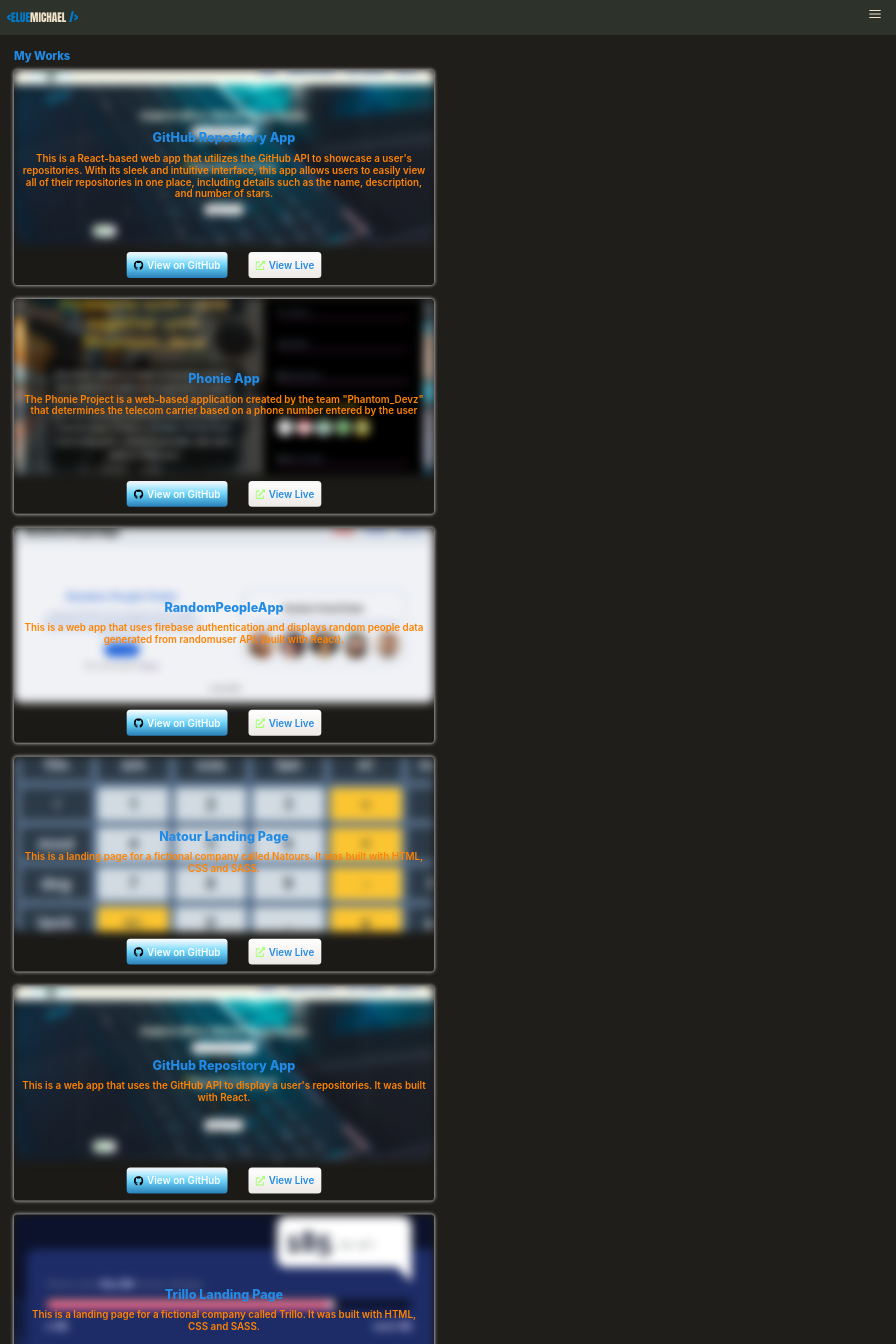
Repository: MikkyPrestige/portfolio
Page: /projects
An editor plug-in stored every save of this project. The page is shown before and after the next save, followed by the edit.
The browser window is 1280 px wide. The pictures show the part of the page from y = 0 to 1920 px (the page is 4351 px tall), at 70% of full size.
The project was rebuilt for these pictures with package versions that can differ from the ones it lists, and the page was loaded fresh each time. Also part of the build but not shown: src/components/avatar.jsx, src/components/home.jsx, src/components/about.jsx, src/components/fallback.jsx.

Above is the page before, as saved 2023-02-21 19:44:43.

### public/index.html
<!DOCTYPE html>
<html lang="en">
  <head>
    <meta charset="utf-8" />
    <link rel="icon" href="%PUBLIC_URL%/favicon.ico" />
    <meta name="viewport" content="width=device-width, initial-scale=1" />
    <meta name="theme-color" content="#000000" />
    <meta
      name="description"
      content="Web site created using create-react-app"
    />
    <link rel="apple-touch-icon" href="%PUBLIC_URL%/logo192.png" />
    <!--
      manifest.json provides metadata used when your web app is installed on a
      user's mobile device or desktop. See https://developers.google.com/web/fundamentals/web-app-manifest/
    -->
    <link rel="manifest" href="%PUBLIC_URL%/manifest.json" />
    <!--
      Notice the use of %PUBLIC_URL% in the tags above.
      It will be replaced with the URL of the `public` folder during the build.
      Only files inside the `public` folder can be referenced from the HTML.

      Unlike "/favicon.ico" or "favicon.ico", "%PUBLIC_URL%/favicon.ico" will
      work correctly both with client-side routing and a non-root public URL.
      Learn how to configure a non-root public URL by running `npm run build`.
    -->
    <title>Elue Michael Portfolio</title>
  </head>
  <body>
    <noscript>You need to enable JavaScript to run this app.</noscript>
    <div id="root"></div>
    <!--
      This HTML file is a template.
      If you open it directly in the browser, you will see an empty page.

      You can add webfonts, meta tags, or analytics to this file.
      The build step will place the bundled scripts into the <body> tag.

      To begin the development, run `npm start` or `yarn start`.
      To create a production bundle, use `npm run build` or `yarn build`.
    -->
  </body>
</html>

### src/assets/styles/sass/main.scss
@import 'abstracts/variables';
@import 'base/utilities';
@import 'base/base';
@import 'layouts/header';
@import 'pages/home';
@import 'pages/about';
@import 'pages/projects';
@import 'base/animation';

// @media (prefers-reduced-motion: no-preference) {
//   .App-logo {
//     animation: App-logo-spin infinite 20s linear;
//   }
// }

// @keyframes App-logo-spin {
//   from {
//     transform: rotate(0deg);
//   }
//   to {
//     transform: rotate(360deg);
//   }
// }

### src/components/layout.jsx
import React from "react";
import { MdClose } from "react-icons/md";
import { FiMenu } from "react-icons/fi";
import { useState } from "react";
import { NavLink } from "react-router-dom";

const Layout = () => {
  return (
    <div>
      <LayoutSmall />
      <LayoutLarge />
    </div>
  );
};

const CustomNavLink = ({ to, ...props }) => {
  let activeStyle = {
    color: "var(--color--green)",
    textDecoration: "underline",
  };

  return (
    <NavLink
      to={to}
      style={({ isActive }) =>
        isActive ? activeStyle : { textDecoration: "none" }
      }
      {...props}
    />
  );
};

const LayoutSmall = () => {
  const [showMenu, setShowMenu] = useState(false);

  const toggleMenu = () => {
    setShowMenu(!showMenu);
  };

  const closeMenu = () => {
    setShowMenu(false);
  };

  return (
    <div className="layout layout--small">
      <header className="layout--header">
        <div className="layout--header__title">
          <h1 className="layout--header__title__content">
            <span className="layout--header__title__content__span">{"<"}</span>
            <span className="layout--header__title__content__span--2">
              ELUE
            </span>
            MICHAEL{" "}
            <span className="layout--header__title__content__span">{"/>"}</span>
          </h1>
        </div>
        <nav className="layout--menu">
          <button className="layout--menu__button" onClick={toggleMenu}>
            {showMenu ? <MdClose /> : <FiMenu />}
          </button>
          <div className={`layout--menu__content ${showMenu ? "show" : ""}`}>
            <ul className="layout--menu__content__list">
              <li>
                <CustomNavLink
                  to="/"
                  onClick={closeMenu}
                  className="layout--menu__content__list__item"
                >
                  <span>#</span>Home
                </CustomNavLink>
              </li>
              <li>
                <CustomNavLink
                  to="/about"
                  onClick={closeMenu}
                  className="layout--menu__content__list__item"
                >
                  <span>#</span>About me
                </CustomNavLink>
              </li>
              <li>
                <CustomNavLink
                  to="/projects"
                  onClick={closeMenu}
                  className="layout--menu__content__list__item"
                >
                  <span>#</span>Projects
                </CustomNavLink>
              </li>
              <li>
                <CustomNavLink
                  to="/contact"
                  onClick={closeMenu}
                  className="layout--menu__content__list__item"
                >
                  <span>#</span>Contact
                </CustomNavLink>
              </li>
            </ul>
          </div>
        </nav>
      </header>
    </div>
  );
};

const LayoutLarge = () => {
  return (
    <div className="layout layout--large">
      <header className="layout--header">
        <div className="layout--title">
          <h1 className="layout--title__content">
            <span className="layout--title__content__span">{"<"}</span>
            <span className="layout--header__title__content__span--2">
              ELUE
            </span>
            MICHAEL<span className="layout--title__content__span">{"/>"}</span>
          </h1>
        </div>
        <div className="layout--menu">
          <ul className="layout--menu__list">
            <li className="layout--menu__list__item">
              <CustomNavLink to="/">Home</CustomNavLink>
            </li>
            <li className="layout--menu__list__item">
              <CustomNavLink to="/about">About me</CustomNavLink>
            </li>
            <li className="layout--menu__list__item">
              <CustomNavLink to="/projects">Projects</CustomNavLink>
            </li>
            <li className="layout--menu__list__item">
              <CustomNavLink to="/contact">Contact</CustomNavLink>
            </li>
          </ul>
        </div>
      </header>
    </div>
  );
};

export { Layout, LayoutSmall, LayoutLarge };

### src/assets/styles/sass/abstracts/_variables.scss
:root {
  --color-primary: #cc4600;
  --color-secondary: #bb45cb;
  --color-tertiary: #eefff8;

  // MARK UP
  --color--markup: #FF8303;
  // TEXT
  --color--text: #F0E3CA;

  // BACKGROUND
  --color--bg: #2D322A;
  --color--bg-light: #242320;
  --color--bg-dark: #1B1A17;
  --color--bg-dark-2: #1F1E1B;
  //DARK
  --color--dark: rgba(22, 22, 22, 1);
  --color--dark-1: rgba(34, 34, 34, 1);
  --color--dark-2: rgba(45, 45, 45, 1);
  --color--dark-3: rgba(51, 51, 51, 1);
  --color--dark-4: rgba(189, 189, 189, 1);
  //WHITE
  --color--white: rgba(255, 255, 255, 1);
  --color--white-1: rgba(240, 227, 202, 1);
  --color--white-2: #ece9e6;
  --color--white-op: rgba(240, 227, 202, 0.76);

  // GRAY
  --color--gray: #ABB2BF;

  --light-blue: rgba(97, 218, 251, 1);
  --light-blue--1: #3bc9db;
  --light-blue--2: #6dd5fa;
  --dark-blue: rgba(0, 122, 204, 1);
  --dark-blue--1: #2980b9;
  --blue-cyan: #228be6;
  --dark-blue-op: rgba(6, 6, 7, 0.82);

  --color--green: rgba(131, 205, 41, 1);

  //Font size
  --font-size: 1rem;
  --font-size--small: 1.2rem;
  --font-size--medium: 1.4rem;
  --font-size--large: 1.6rem;
  --font-size--x-large: 1.8rem;
  --font-size--xx-large: 2rem;
  // ICON FONTS
  --font-size--icon: 3rem;
  --font-size--icon-1: 3.5rem;
  --font-size--icon-2: 4rem;


  //Font family
  --font-family: 'Roboto', sans-serif;
  --font--family--primary: 'Inter', sans-serif;
  --font-family--secondary: 'Inconsolata', monospace;
  --font-family--tertiary: 'Impact', sans-serif;
  --font-family--2: 'Fira Code', monospace;

  // FONT WEIGHT
  --font-weight--light: 300;
  --font-weight--regular: 400;
  --font-weight--medium: 600;
  --font-weight--bold: 800;
  --font-weight--boldest: 900;
}

### src/assets/styles/sass/base/_utilities.scss
.github-link-bg {
  background: linear-gradient(to top, var(--dark-blue--1), var(--light-blue--2), var(--color--white));
}

.live-link-bg {
  background: linear-gradient(to top, var(--color--white-2), var(--color--white));
}

.blue-markup {
  color: var(--blue-cyan) !important;
}

### src/assets/styles/sass/base/_base.scss
*,
*::after,
*::before {
  margin: 0;
  padding: 0;
  box-sizing: border-box;
}

html {
  font-size: 62.5%;
  font-family: var(--font-family);
  color: var(--color-white);
  background-color: var(--color--bg);
}

::selection {
  background-color: var(--color-primary);
  color: var(--color-white);
}

### src/assets/styles/sass/layouts/_header.scss
.layout {
  width: 100%;
  height: 5rem;

  &--header {
    display: flex;
    justify-content: space-between;
    align-items: center;
    padding: 1rem;

    &__title {
      text-align: center;

      &__content {
        color: var(--color--text);
        font-family: var(--font-family--tertiary);
        font-size: var(--font-size--large);
        font-weight: var(--font-weight--regular);
        position: absolute;
        z-index: 1000;

        &__span {
          color: var(--dark-blue);
          font-size: var(--font-size--x-large);

          &--2 {
            color: var(--dark-blue);
          }
        }
      }
    }
  }

  &--menu {
    position: relative;

    &__button {
      position: fixed;
      top: 1rem;
      right: 2rem;
      z-index: 10;
      background-color: var(--color--bg);
      color: var(--color--text);
      border: none;
      font-size: var(--font-size--xx-large);
      font-weight: var(--font-weight--bold);
      cursor: pointer;
    }

    &__content {
      position: fixed;
      top: 0;
      right: 0;
      width: 0;
      max-width: 100%;
      height: 85%;
      background-color: var(--color--bg-dark);
      z-index: 5;
      overflow: hidden;

      &.show {
        width: 100%;
        transition: all 1s ease-in-out;
        -webkit-transition: all 1s ease-in-out;
        -moz-transition: all 1s ease-in-out;
        -ms-transition: all 1s ease-in-out;
        -o-transition: all 1s ease-in-out;
      }

      &__list {
        list-style: none;
        display: flex;
        flex-direction: column;
        justify-content: center;
        align-items: center;
        gap: 5rem;
        padding: 0;
        margin-top: 8rem;

        &__item {
          color: var(--dark-blue);
          font-family: var(--font-family--secondary);
          font-size: var(--font-size--large);
          font-weight: var(--font-weight--bold);
          font-style: normal;
          text-transform: capitalize;
          cursor: pointer;
          transition: all 1s ease-in-out;
          -webkit-transition: all 1s ease-in-out;
          -moz-transition: all 1s ease-in-out;
          -ms-transition: all 1s ease-in-out;
          -o-transition: all 1s ease-in-out;

          &:hover,
          &:active {
            color: var(--color--text);
          }

          span {
            color: var(--color--white-1);
          }
        }
      }
    }
  }


  &--large {
    display: none;
  }
}

### src/assets/styles/sass/pages/home.scss
.home {
  width: 100%;
  height: 100vh;
  background: radial-gradient(100% 100% at 50% 100%, var(--color--bg-dark-2) 21.52%, var(--color--bg-dark) 100%);

  &--contents {
    display: flex;
    flex-direction: column;
    justify-content: center;
    align-items: center;
    padding: 3rem 5rem;
    gap: 3rem;
  }

  &--content {
    display: flex;
    flex-direction: column;
    align-items: flex-start;
    padding: 0;
    gap: .5rem;

    &__title {
      font-family: var(--font-family--secondary);
      font-size: var(--font-size--x-large);
      font-weight: var(--font-weight--boldest);
      color: var(--dark-blue);
    }

    &__subtitle {
      font-family: var(--font-family--secondary);
      font-size: var(--font-size--large);
      font-weight: var(--font-weight--bold);
      color: var(--color--text);
    }

    &__desc {
      font-family: var(--font-family--secondary);
      font-size: var(--font-size--small);
      font-weight: var(--font-weight--regular);
      color: var(--color--white-1);
    }
  }

  &--avatar {
    border-radius: 5%;
    -webkit-border-radius: 5%;
    -moz-border-radius: 5%;
    -ms-border-radius: 5%;
    -o-border-radius: 5%;
    background-image: radial-gradient(circle, var(--blue-cyan) 5%, var(--light-blue--1) 95%);
  }
}

### src/assets/styles/sass/pages/_about.scss
.about {
  width: 100%;
  height: 100%;
  background-color: var(--color--bg-dark-2);
  color: var(--color--gray);

  &--wrapper {
    display: flex;
    flex-direction: column;
    justify-content: center;
    align-items: center;
    gap: 1rem;
  }

  &--desc {
    padding: 5rem;
    display: flex;
    flex-direction: column;
    justify-content: center;
    align-items: center;
    gap: 5rem;
  }

  &--img {
    position: relative;

    &__content1 {
      width: 3rem;
      height: 3rem;
      position: absolute;
      top: 0;
      left: 0;
      background: var(--dark-blue);
      transform: rotate(51.88deg);
    }

    &__content2 {
      width: 3rem;
      height: 3rem;
      position: absolute;
      top: 0;
      left: 0;
      background: var(--color--white-op);
    }
  }

  &--content {
    display: flex;
    flex-direction: column;
    justify-content: center;
    align-items: flex-start;
    gap: 2rem;
    font-family: var(--font-family--2);

    &__title {
      line-height: 2;

      &__head {
        font-size: var(--font-size--x-large);
        font-weight: var(--font-weight--medium);
      }

      &__span {
        color: var(--dark-blue);
      }

      &__subhead {
        font-size: var(--font-size--medium);
        font-weight: var(--font-weight--regular);
      }
    }

    &__text {
      padding-left: 3rem;
      line-height: 1.5;
      color: var(--color--text);

      &__head {
        font-size: var(--font-size--large);
        font-weight: var(--font-weight--regular);

        &__name {
          color: var(--blue-cyan);
          font-weight: var(--font-weight--medium);
        }
      }

      &__desc {
        font-size: var(--font-size--small);
        font-weight: var(--font-weight--regular);
      }
    }
  }

  &--skills {
    display: flex;
    flex-direction: column;
    justify-content: center;
    align-items: center;
    gap: 2rem;

    &__title__head {
      font-size: var(--font__title -size--x-large);
      font-weight: var(--font-weight--medium);
      color: var(--dark-blue);
      text-transform: capitalize;
    }

    &__icon {
      font-size: var(--font-size--medium);
      color: var(--color--white-1);
    }

    &__content {
      display: flex;
      flex-direction: column;
      align-items: flex-start;
      gap: 2rem;
      padding: 0;
      width: 100%;

      &__items {
        display: grid;
        grid-template-columns: repeat(2, 1fr);
        gap: 2rem 5rem;
        width: 100%;
        padding: 1rem 3rem;
        border-radius: 1rem;
        background-color: var(--color--bg-dark);

        &__card {
          display: flex;
          flex-direction: column;
          justify-content: center;
          align-items: center;
          padding: 1rem;
          width: 10rem;
          border-radius: 1rem;
          -webkit-border-radius: 1rem;
          -moz-border-radius: 1rem;
          -ms-border-radius: 1rem;
          -o-border-radius: 1rem;

          &__icon {
            font-size: var(--font-size--icon-2);
          }

          &__text {
            font-family: var(--font-family--secondary);
            font-size: var(--font-size--medium);
            font-weight: var(--font-weight--medium);
            color: var(--color--white-1);
          }
        }
      }
    }
  }
}

### src/assets/styles/sass/pages/_projects.scss
.project {
  padding: 2rem;
  background-color: var(--color--bg-dark-2);

  &--title {
    font-family: var(--font--family--secondary);
    font-size: var(--font-size--large);
    font-weight: var(--font-weight--bold);
    color: var(--blue-cyan);
    margin-bottom: 1rem;
  }

  &--wrapper {
    display: grid;
    grid-template-columns: repeat(1, 1fr);
    gap: 2rem;
    width: 100%;
  }

  &--card {
    background-color: var(--color--bg-dark);
    // margin: auto;
    padding: 1rem;
    border-radius: 0.5rem;
    box-shadow: 0 0 0.5rem 0.1rem var(--color--dark-4);
    transition: all 0.3s ease-in-out;
    position: relative;
    display: flex;
    flex-direction: column;
    justify-content: center;
    align-items: center;
    // height: 100%;
    max-width: 60rem;
    overflow-y: hidden;

    &:hover {
      transform: translateY(-0.5rem);
      box-shadow: 0 0 0.5rem 0.1rem var(--color--dark-4);
    }

    &__blur {
      position: absolute;
      top: 0;
      left: 0;
      width: 100%;
      height: 25rem;
      border-radius: 1rem;
      background-size: cover;
      background-position: center;
      background-repeat: no-repeat;
      filter: blur(0.7rem);

      &-1 {
        background-image: url(../../../images/repoApp.jpeg);
      }

      &-2 {
        background-image: url(../../../images/phonieApp.jpeg);
      }

      &-3 {
        background-image: url(../../../images/randomApp.jpeg);
      }

      &-4 {
        background-image: url(../../../images/calculator.jpeg);
      }

      &-5 {
        background-image: url(../../../images/repoApp.jpeg);
      }

      &-6 {
        background-image: url(../../../images/fylo.jpeg);
      }

      &-7 {
        background-image: url(../../../images/orderCard.jpeg);
      }

      &-8 {
        background-image: url(../../../images/phonyApp.jpeg);
      }

      &-9 {
        background-image: url(../../../images/ratingApp.jpeg);
      }

      &-10 {
        background-image: url(../../../images/chatAppCss.jpeg);
      }

      &-11 {
        background-image: url(../../../images/trillo.jpeg);
      }

      &-12 {
        background-image: url(../../../images/statsCard.jpeg);
      }

      &-13 {
        background-image: url(../../../images/phonyApp.jpeg);
      }

      &-14 {
        background-image: url(../../../images/shoebrand.jpeg);
      }
    }

    &__content {
      height: 25rem;
      width: 100%;
      display: flex;
      flex-direction: column;
      justify-content: center;
      align-items: center;
      gap: 1rem;
      position: relative;
      top: 0;
      left: 0;

      &__title {
        font-family: var(--font--family--tertiary);
        font-size: var(--font-size--x-large);
        font-weight: var(--font-weight--bold);
        color: var(--blue-cyan);
      }

      &__desc {
        font-family: var(--font--family--secondary);
        font-size: var(--font-size--medium);
        font-weight: var(--font-weight--medium);
        color: var(--color--markup);
        text-align: center;
      }
    }

    &__links {
      display: flex;
      align-items: center;
      gap: 3rem;

      &__link {
        text-decoration: none;
        padding: 1rem;
        border-radius: 0.5rem;
        font-family: var(--font--family--secondary);
        font-size: var(--font-size--medium);
        font-weight: var(--font-weight--medium);
        color: var(--color--white);
        transition: all 0.3s ease-in-out;
        display: inline-flex;
        align-items: center;
        gap: .5rem;

        &:hover,
        &:focus {
          outline: none;
          animation: Heartbeat 1s infinite;
          -webkit-animation: Heartbeat 1s infinite;
}
      }
    }
  }
}

### src/assets/styles/sass/base/_animation.scss
//  INFINITE HEARTBEAT PAUSE ANIMATION

@keyframes Heartbeat {
  0% {
    transform: scale(1);
    -webkit-transform: scale(1);
    -moz-transform: scale(1);
    -ms-transform: scale(1);
    -o-transform: scale(1);
  }

  50% {
    transform: scale(1.05);
    -webkit-transform: scale(1.05);
    -moz-transform: scale(1.05);
    -ms-transform: scale(1.05);
    -o-transform: scale(1.05);
  }

  100% {
    transform: scale(1);
    -webkit-transform: scale(1);
    -moz-transform: scale(1);
    -ms-transform: scale(1);
    -o-transform: scale(1);
  }
}

Loaded but not shown: src/index.css (common file); src/reportWebVitals.js (common file); src/index.js (21 lines, source omitted); src/App.js (22 lines, source omitted); src/components/projects.jsx (437 lines, source omitted)

After the next save:
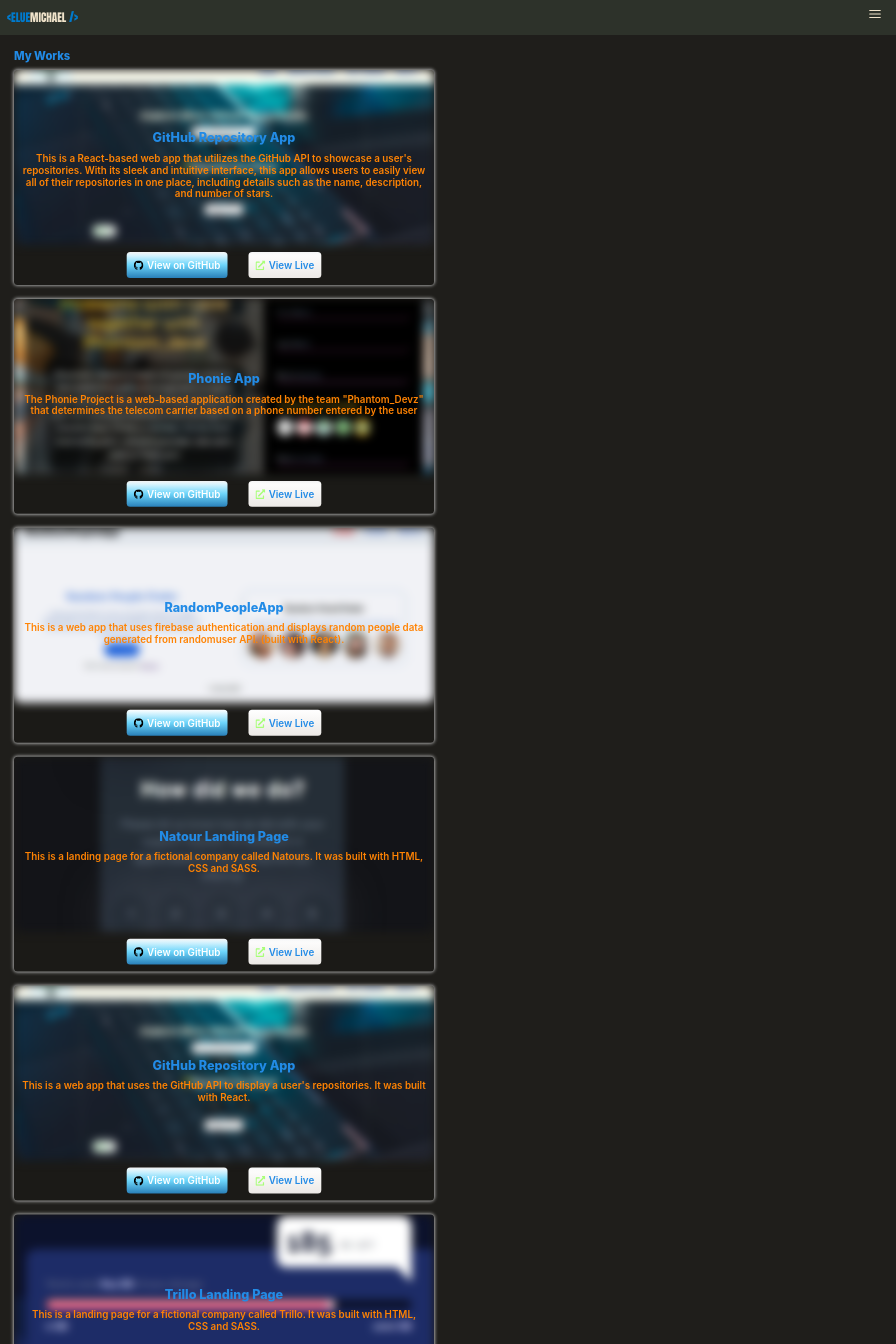
Saved 55 s later.
--- a/src/assets/styles/sass/pages/_projects.scss
+++ b/src/assets/styles/sass/pages/_projects.scss
@@ -63,7 +63,7 @@
       }
 
       &-4 {
-        background-image: url(../../../images/calculator.jpeg);
+        background-image: url(../../../images/ratingApp.jpeg);
       }
 
       &-5 {
